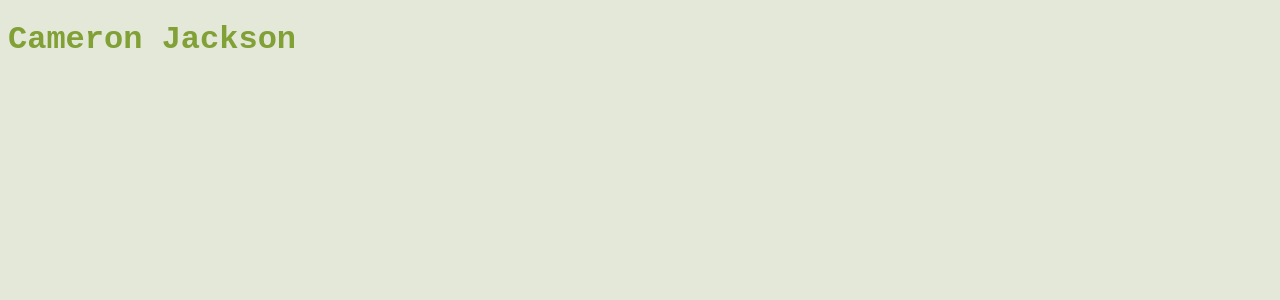
Repository: cjj343/html_resume
Page: index.html
The author's editor kept a record of every edit. The page is drawn from the files as they stood at one moment, then again after the next edit.
The browser window is 1280 px wide. The pictures show the whole page.

Above is the page before.

After the next edit:
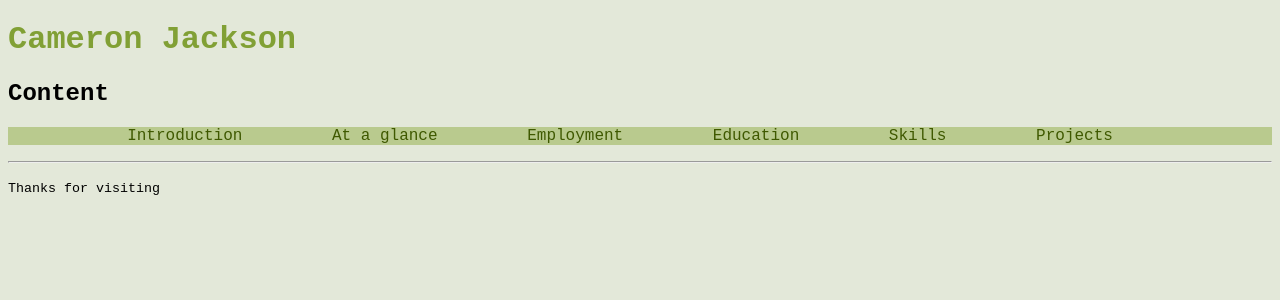
The edit:
--- a/index.html
+++ b/index.html
@@ -14,7 +14,7 @@
         <b>Name: </b>Cameron Jackson <br>
         <b>GitHub: </b> <a href="https://github.com/cjj343">https://github.com/cjj343</a><br>
         <b>Email: </b> <a href="mailto:cjjackson343@gmail.com">cjjackson343@gmail.com</a><br>
-        <img src="profile.jpeg" alt="profile picture" hieght="100" width="200"><br>
+        <img src="profile.jpeg" alt="profile picture" hieght="100" width="200"><br> --->
     </div>
 
     <div>
